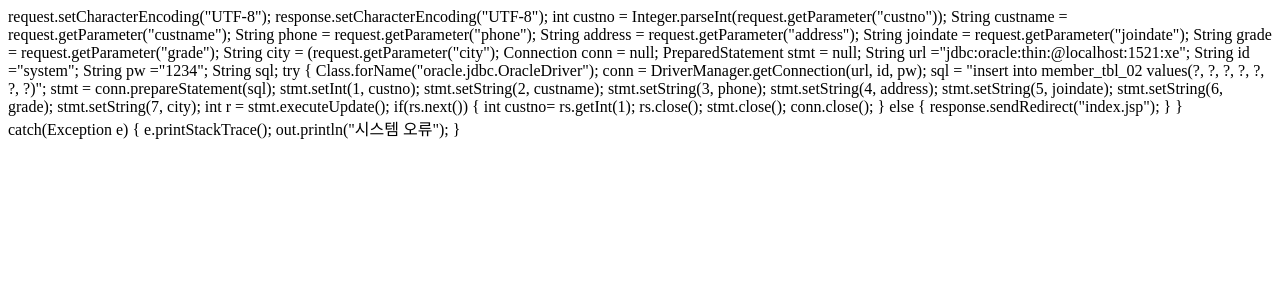
Repository: foodduck/HRD_exam
Page: http://localhost/HRD_1234/registerPro.jsp
An editor plug-in stored every save of this project. The page is shown before and after the next save, followed by the edit.
The browser window is 1280 px wide. The pictures show the whole page.
The page is served by Tomcat 9.

Above is the page before, as saved 2022-02-14 10:08:43.

### HRD_1234/WebContent/registerPro.jsp
<%@ page language="java" contentType="text/html; charset=UTF-8"
    pageEncoding="UTF-8"%>
<%@ page import="java.sql.*" %>
<%@page import="java.util.Date" %>
<%@page import="java.text.SimpleDateFormat" %>

	request.setCharacterEncoding("UTF-8");
	response.setCharacterEncoding("UTF-8");

	int custno = Integer.parseInt(request.getParameter("custno"));
	String custname = request.getParameter("custname");
	String phone = request.getParameter("phone");
	String address = request.getParameter("address");
	String joindate = request.getParameter("joindate");
	String grade = request.getParameter("grade");
	String city = (request.getParameter("city");

	Connection conn = null;
	PreparedStatement stmt = null;

	String url ="jdbc:oracle:thin:@localhost:1521:xe";
	String id ="system";
	String pw ="1234";
	String sql;

	try {
		Class.forName("oracle.jdbc.OracleDriver");
		conn = DriverManager.getConnection(url, id, pw);
		sql = "insert into member_tbl_02 values(?, ?, ?, ?, ?, ?, ?)";
		stmt = conn.prepareStatement(sql);
		stmt.setInt(1, custno);
		stmt.setString(2, custname);
		stmt.setString(3, phone);
		stmt.setString(4, address);
		stmt.setString(5, joindate);
		stmt.setString(6, grade);
		stmt.setString(7, city);
		int r = stmt.executeUpdate();

		if(rs.next()) {
			int custno= rs.getInt(1);
			rs.close();
			stmt.close();
			conn.close();
		} else {
			response.sendRedirect("index.jsp");
		}
	} catch(Exception e) {
		e.printStackTrace();
		out.println("시스템 오류");
	}

After the next save:
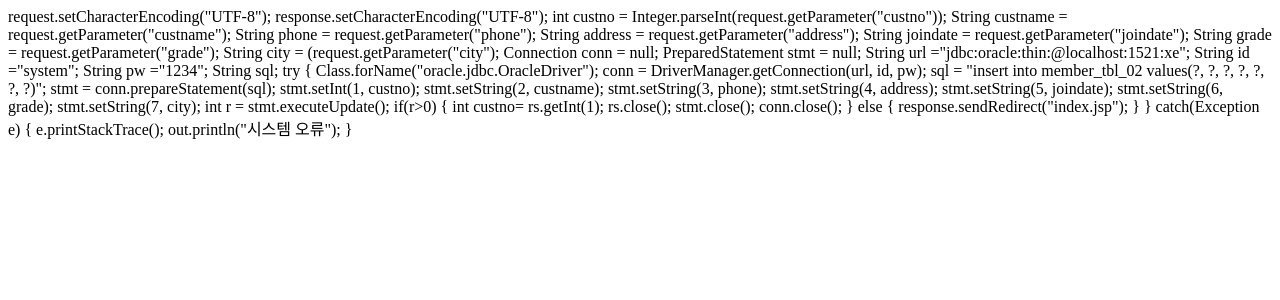
Saved 7 s later.
--- a/HRD_1234/WebContent/registerPro.jsp
+++ b/HRD_1234/WebContent/registerPro.jsp
@@ -37,7 +37,7 @@
 		stmt.setString(7, city);
 		int r = stmt.executeUpdate();
 
-		if(rs.next()) {
+		if(r>0) {
 			int custno= rs.getInt(1);
 			rs.close();
 			stmt.close();
